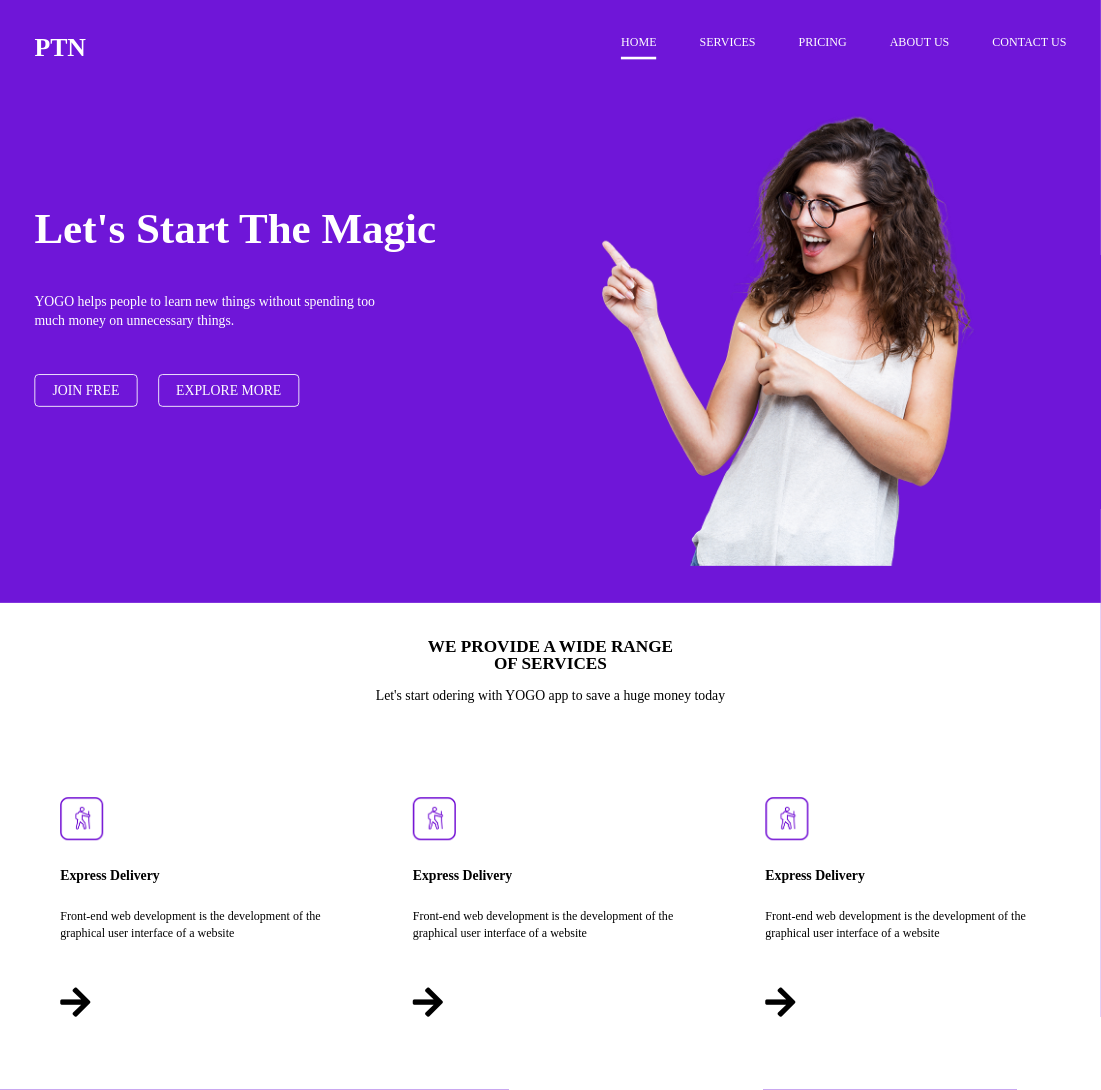
Repository: PhamTrungNguyen/LuyenTap
Page: index.html
An editor plug-in stored every save of this project. The page is shown before and after the next save, followed by the edit.
The browser window is 1280 px wide. The pictures show the whole page, at 86% of full size.
Some web fonts or font styles are not loaded; a fallback is used. The style sheet was rebuilt from its Sass, Less or Tailwind sources for each picture, by a compiler version that may differ from the author's.

Above is the page before, as saved 2021-12-05 20:03:36.

### index.html
<!DOCTYPE html>
<html lang="en">

<head>
    <meta charset="UTF-8">
    <meta http-equiv="X-UA-Compatible" content="IE=edge">
    <meta name="viewport" content="width=device-width, initial-scale=1.0">
    <title>TN_YoGo</title>
    <link rel="stylesheet" href="./reset.css">
    <link rel="stylesheet" href="./style.css">
    <!-- link truyền icon -->
    <link rel="stylesheet" href="https://cdnjs.cloudflare.com/ajax/libs/font-awesome/5.15.3/css/all.min.css"
        integrity="sha512-iBBXm8fW90+nuLcSKlbmrPcLa0OT92xO1BIsZ+ywDWZCvqsWgccV3gFoRBv0z+8dLJgyAHIhR35VZc2oM/gI1w=="
        crossorigin="anonymous" referrerpolicy="no-referrer" />
    <!-- link font chữ -->
    <link
        href="https://fonts.googleapis.com/css2?family=Roboto:ital,wght@0,300;0,400;1,300;1,400&family=Zen+Loop&display=swap"
        rel="stylesheet">
</head>

<body>
    <!-- -------------------- Logo và menu -------------------- -->
    <header class="header">
        <div class="container">
            <div class="header-main">
                <a href="#" class="header-main_logo">PTN</a>
                <ul class="header-main_menu">
                    <li class="header-main_menu__item">
                        <a href="" class="header-main_menu__link active-home">Home</a>
                    </li>
                    <li class="header-main_menu__item">
                        <a href="" class="header-main_menu__link">Services</a>
                    </li>
                    <li class="header-main_menu__item">
                        <a href="" class="header-main_menu__link">Pricing</a>
                    </li>
                    <li class="header-main_menu__item">
                        <a href="" class="header-main_menu__link">About Us</a>
                    </li>
                    <li class="header-main_menu__item">
                        <a href="" class="header-main_menu__link">Contact Us</a>
                    </li>
                </ul>
            </div>
            <!-- -------------------- Phần header trung tâm -------------------- -->
            <div class="header-center">
                <div class="header-left">
                    <h2 class="header-left_title">Let's Start The Magic</h2>
                    <p class="header-left_desc">YOGO helps people to learn new things without spending too much money on
                        unnecessary things.</p>
                    <div class="header-left_click">
                        <a href="" class="header-left_link">join free</a>
                        <a href="" class="header-left_link">explore more</a>
                    </div>
                </div>
                <div class="header-right">
                    <img src="./images/home-pic.png" alt="" class="header-right_image">
                </div>
            </div>
        </div>
    </header>
    <!-- -------------------- Phần service ( dưới header ) -------------------- -->
    <section class="service">
        <div class="container">
            <div class="service-over">
                <h2 class="service-over_title">we provide a wide range of services</h2>
                <p class="service-over_desc">Let's start odering with YOGO app to save a huge money today</p>
            </div>
            <div class="service-below">
                <div class="service-below--list">
                    <div class="service-below--block">
                        <img src="./images/Icon-1.png" alt="" class="service-below_icon">
                        <h3 class="service-below_title">Express Delivery</h3>
                        <span class="service-below_desc">Front-end web development is the development of the graphical user interface of a website</span>
                        <div class="service-below_item">
                            <i class="fas fa-arrow-right"></i>
                        </div>
                    </div>
                </div>
                <div class="service-below--list">
                    <div class="service-below--block">
                        <img src="./images/Icon-1.png" alt="" class="service-below_icon">
                        <h3 class="service-below_title">Express Delivery</h3>
                        <span class="service-below_desc">Front-end web development is the development of the graphical user interface of a website</span>
                        <div class="service-below_item">
                            <i class="fas fa-arrow-right"></i>
                        </div>
                    </div>
                </div>
                <div class="service-below--list">
                    <div class="service-below--block">
                        <img src="./images/Icon-1.png" alt="" class="service-below_icon">
                        <h3 class="service-below_title">Express Delivery</h3>
                        <span class="service-below_desc">Front-end web development is the development of the graphical user interface of a website</span>
                        <div class="service-below_item">
                            <i class="fas fa-arrow-right"></i>
                        </div>
                    </div>
                </div>

            </div>
        </div>
    </section>

</body>

</html>

### reset.css
/* http://meyerweb.com/eric/tools/css/reset/
   v2.0 | 20110126
   License: none (public domain)
*/

html,
body,
div,
span,
applet,
object,
iframe,
h1,
h2,
h3,
h4,
h5,
h6,
p,
blockquote,
pre,
a,
abbr,
acronym,
address,
big,
cite,
code,
del,
dfn,
em,
img,
ins,
kbd,
q,
s,
samp,
small,
strike,
strong,
sub,
sup,
tt,
var,
b,
u,
i,
center,
dl,
dt,
dd,
ol,
ul,
li,
fieldset,
form,
label,
legend,
table,
caption,
tbody,
tfoot,
thead,
tr,
th,
td,
article,
aside,
canvas,
details,
embed,
figure,
figcaption,
footer,
header,
hgroup,
menu,
nav,
output,
ruby,
section,
summary,
time,
mark,
audio,
video {
  margin: 0;
  padding: 0;
  border: 0;
  font-size: 100%;
  font: inherit;
  vertical-align: baseline;
}
/* HTML5 display-role reset for older browsers */
article,
aside,
details,
figcaption,
figure,
footer,
header,
hgroup,
menu,
nav,
section {
  display: block;
}
body {
  line-height: 1;
}
ol,
ul {
  list-style: none;
}
blockquote,
q {
  quotes: none;
}
blockquote:before,
blockquote:after,
q:before,
q:after {
  content: "";
  content: none;
}
table {
  border-collapse: collapse;
  border-spacing: 0;
}

### style.scss
html {
  font-size: 62.5%;
}
* {
  box-sizing: border-box;
}
body {
  font-family: "Bona Nova", serif;
  font-size: 1.6rem;
  font-weight: normal;
  outline: none;
}
a {
  text-decoration: none;
}
img {
  max-width: 100%;
}
.container {
  padding: 4rem;
}
.active-home {
  border-bottom: 3px solid white !important;
  padding-bottom: 10px;
}
.header {
  //-------------------- Logo và menu --------------------
  background-color: #6f16d8;
  &-main {
    // max-width: 1100px;
    display: flex;
    flex-direction: row;
    justify-content: space-between;
    &_logo {
      display: inline-block;
      text-transform: uppercase;
      font-size: 3rem;
      font-weight: 700;
      color: white;
    }
    &_menu {
      cursor: pointer;
      display: flex;
      flex-direction: row;
      position: relative;
      &__item:not(:last-child) {
        margin-right: 5rem;
      }
      &__link {
        text-transform: uppercase;
        display: inline-block;
        color: white;
        font-size: 1.4rem;
        border-bottom: 2px solid transparent;
        padding-bottom: 10px;
        transition: all 0.25s linear;
      }
      &__link:hover {
        color: black;
        border-bottom: 3px solid white;
      }
    }
  }
}
@media screen and (max-width: 767px) {
  .container {
    padding: 3rem;
  }
  .header-main {
    display: block;
    &_logo {
      display: block;
      text-align: center;
      padding-bottom: 1rem;
    }
  }
  .header-main_menu__item:not(:last-child) {
    margin-right: 1.4rem;
  }
  .header-main_menu__link {
    font-size: 1.5rem;
    text-transform: capitalize;
  }
}
//-------------------- Phần header trung tâm --------------------
.header {
  &-center {
    padding-top: 15rem;
    display: flex;
    justify-content: space-between;
  }
  &-left {
    margin-top: 2rem;
    &_title {
      color: white;
      font-size: 5rem;
      font-weight: bold;
      padding-bottom: 5rem;
    }
    &_desc {
      color: white;
      max-width: 400px;
      line-height: 1.4;
      padding-bottom: 5rem;
    }
    &_link {
      display: inline-block;
      padding: 1rem 2rem;
      color: white;
      text-transform: uppercase;
      border-radius: 0.5rem;
      border: 1px solid white;
      transition: all 0.25s linear;
      margin-right: 2rem;
    }
    &_link:hover {
      background-color: #fff;
      color: black;
    }
  }
  &-right {
    margin-right: 10rem;
    margin-top: -10rem;
    &_image {
      width: 45rem;
    }
  }
}
@media screen and (max-width: 1023px) {
  .header-left {
    margin-top: 0rem;
  }
  .header-center {
    padding-top: 8rem;
  }
  .header-right {
    margin-right: 0rem;
    margin-top: -3rem;
  }
  .header-left_title {
    padding-bottom: 3rem;
  }
  .header-left_desc {
    max-width: 350px;
    padding-bottom: 4rem;
  }
}
@media  screen and (max-width:767px){
  .header-center {
    padding-top: 4rem;
}
  .header-left_title {
    font-size: 2rem;
    padding-bottom: 2rem;
}
.header-right_image {
  width: 50rem;
  height: 24rem;
}
.header-right {
  margin-right: -3rem;
  margin-top: 0rem;
}
.header-left_desc {
  line-height: 1.2;
  padding-bottom: 0rem;
  font-size: 1.2rem;
}
.header-left_link {
  margin-top: 2rem;
  padding: 0.5rem 1rem;
  font-size: 1.5rem;
  margin-right: 0rem;
  max-width: 10rem;
  text-align: center;
}
}
//-------------------- Phần service ( dưới header ) --------------------
.service
{
  &-over
  {
    padding-bottom: 5rem;
    text-align: center;
    &_title
    {
      margin: 0 auto;
      text-transform: uppercase;
      color: black;
      font-size: 2rem;
      font-weight: 600;
      max-width:300px;
      padding-bottom: 2rem;
    }
  }
  &-below
  {

    display:flex;
    flex-wrap: wrap;
    &--block{
      padding:6rem 3rem 4rem 3rem;
      // background-color: #6f16d8;
      border-radius:1rem;
      transition: all 0.75s ease;
    }
    &--list{
      width: calc(33.33% - 2rem);

    }
    &--list:hover{
      .service-below--block{
        background-color: #6f16d8
      }
      .service-below_title , .service-below_desc,.service-below_item {
        transition: all 0.75s ease;
        color:white;
      }


    }
    &--list:not(:last-child)
    {
      margin-right: 3rem;

    }
    &_icon {
     width:5rem;
     height:5rem;
     margin-bottom: 3rem;
    }
    &_title{
      color: black;
      font-weight: 600;
      padding-bottom: 3rem;
      // transition: all 0.5s ease;
    }
    &_desc{
      color: black;
      line-height:1.4;
      word-break: break-word;
      font-size: 1.4rem;
      // transition: all 0.5s ease;
    }
    &_item{
      padding-top: 5rem;
      font-size: 4rem;
    }
  }
}

After the next save:
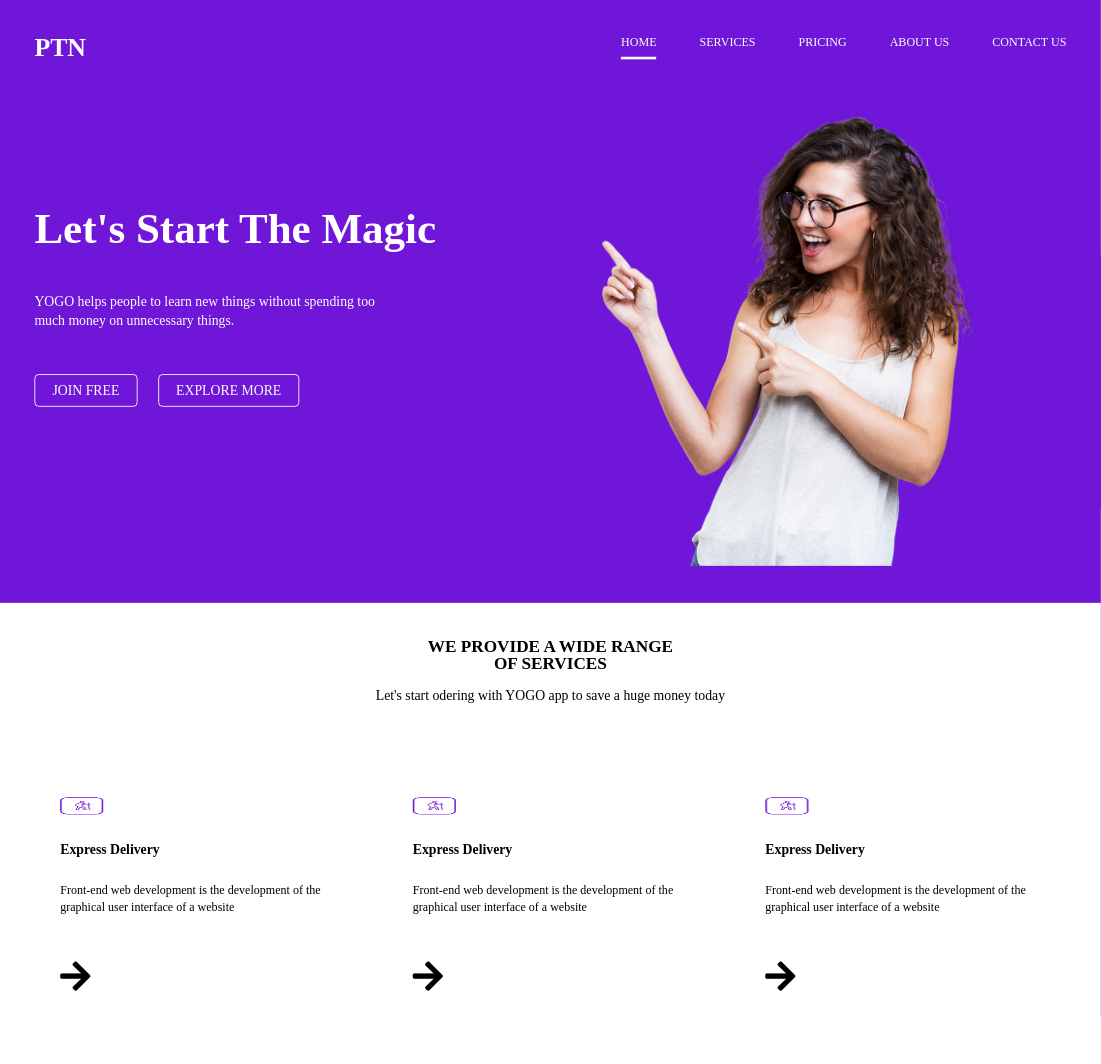
Saved 6 s later.
--- a/style.scss
+++ b/style.scss
@@ -227,7 +227,7 @@
     &_icon {
      width:5rem;
      height:5rem;
-     margin-bottom: 3rem;
+     padding-bottom: 3rem;
     }
     &_title{
       color: black;

After the save that followed:
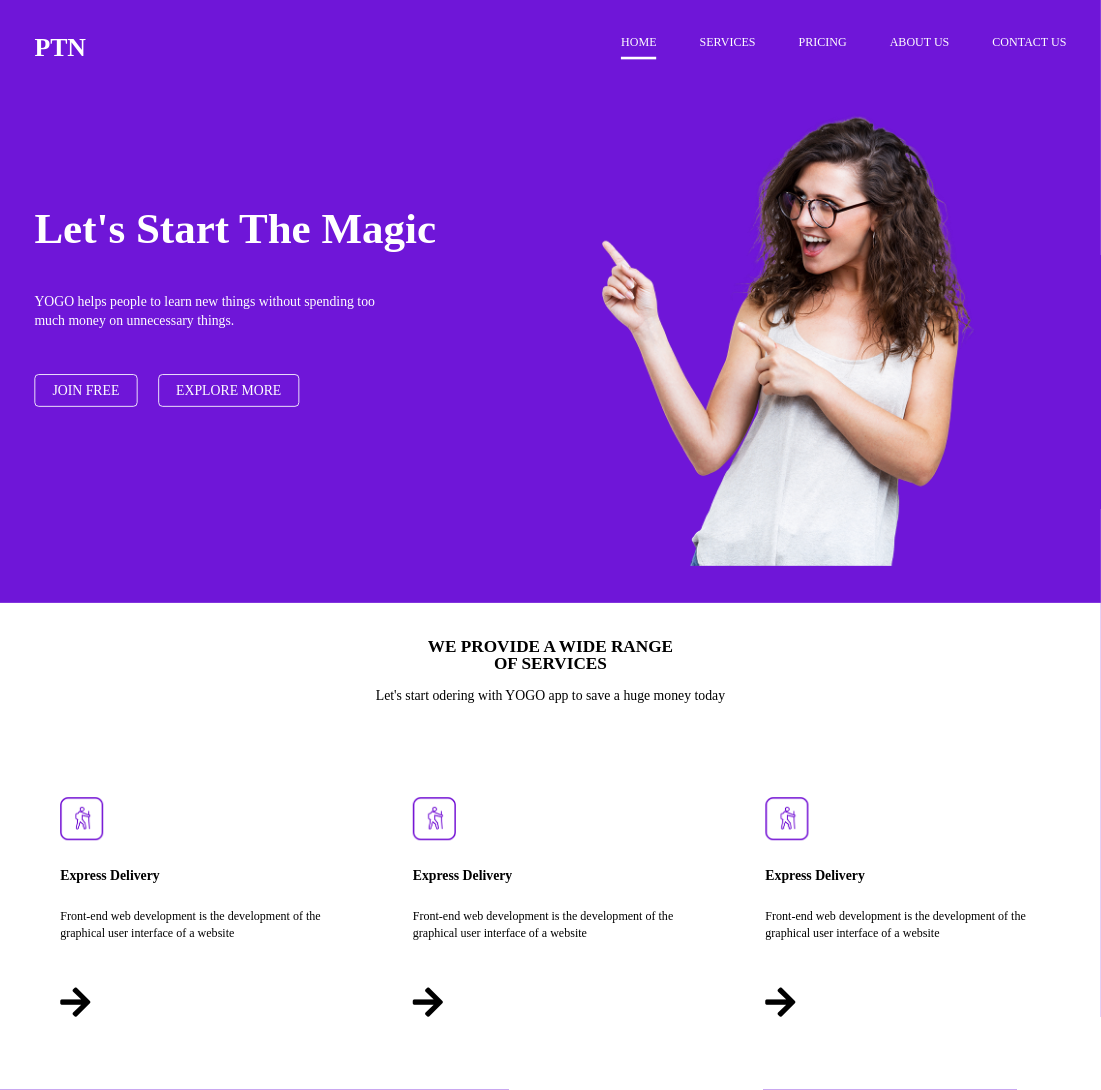
Saved 6 s later.
--- a/style.scss
+++ b/style.scss
@@ -227,7 +227,7 @@
     &_icon {
      width:5rem;
      height:5rem;
-     padding-bottom: 3rem;
+     margin-bottom: 3rem;
     }
     &_title{
       color: black;
